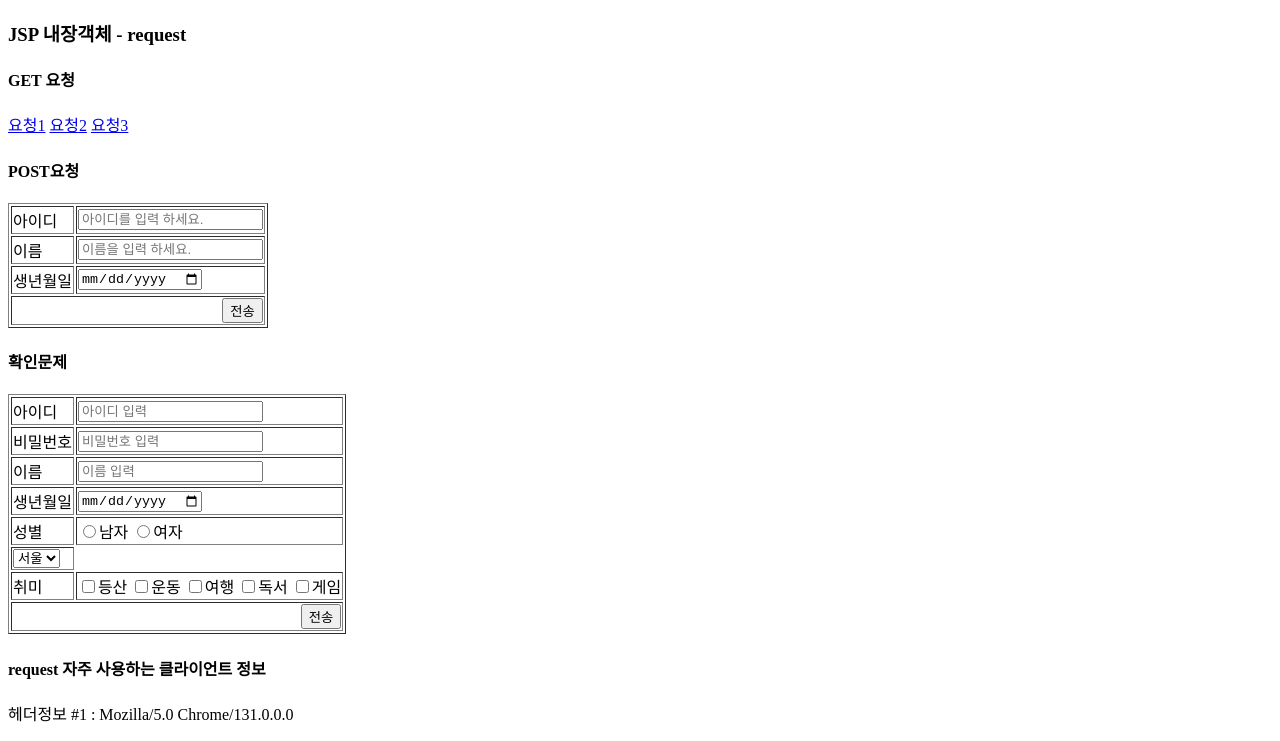
Repository: SangKyuuu/Jsp
Page: http://localhost/ch03/1_request.jsp
The author's editor kept a copy of each file at every save. The page is drawn from the files as they stood at one save, then again after the next save.
The browser window is 1280 px wide. The pictures show the whole page.
The page is served by Tomcat 9.

Above is the page before, as saved 2025-07-28 05:36:52.

### ch03/src/main/webapp/1_request.jsp
<%@ page contentType="text/html; charset=UTF-8" pageEncoding="UTF-8"%>
<!DOCTYPE html>
<html>
	<head>
		<meta charset="UTF-8">
		<title>JSP 내장객체 - request</title>
		<!--
			25/07/28
			최상규
			JSP 내장객체 request 실습하기

			Request 내장객체
			- 클라이언트의 요청 정보를 갖는 JSP 내장객체
			- 클라이언트의 전송 데이터를 수신처리하는 기능 제공

			GET요청
			- 기본 데이터 요청 방식, 전송데이터를 쿼리스트링으로 전송(URL주소에 붙여 전송 ?key = value& )
			- 보안에 취약하지만 POST전송 대비 빠른 전송

			POST요청
			- 전송 데이터를 요청객체의 body에 저장해서 전송되는 방식
			- 보안에 유리하고 대량의 데이터 전송에 적합
		 -->
	</head>
	<body>
		<h3>JSP 내장객체 - request</h3>

		<h4>GET 요청</h4>
		<a href="./proc/result1.jsp?uid=a101">요청1</a>
		<a href="./proc/result1.jsp?uid=a102&name=홍길동">요청2</a>
		<a href="./proc/result1.jsp?uid=a103&name=김유신&age=23">요청3</a>

		<h4>POST요청</h4>
		<form action="./proc/result2.jsp" method="post">
			<table border="1">
				<tr>
					<td>아이디</td>
					<td><input type="text" name="uid" placeholder = "아이디를 입력 하세요." /></td>
				</tr>
				<tr>
					<td>이름</td>
					<td><input type="text" name="name" placeholder = "이름을 입력 하세요." /></td>
				</tr>
				<tr>
					<td>생년월일</td>
					<td><input type="date" name="birth" /></td>
				</tr>
				<tr>
					<td colspan="2" align = "right">
						<input type="submit" value = "전송" />
					</td>
				</tr>
			</table>
		</form>

		<h4>확인문제</h4>
		<form action="./proc/result3.jsp" method="post">
			<table border="1">
				<tr>
					<td>아이디</td>
					<td><input type="text" name="id" placeholder="아이디 입력"/></td>
				</tr>
				<tr>
					<td>비밀번호</td>
					<td><input type="password" name="pw" placeholder="비밀번호 입력"/></td>
				</tr>
				<tr>
					<td>이름</td>
					<td><input type="text" name="name" placeholder="이름 입력"/></td>
				</tr>
				<tr>
					<td>생년월일</td>
					<td><input type="date" name="birth" /></td>
				</tr>
				<tr>
					<td>성별</td>
					<td>
						<label><input type="radio" name="gender" value="남자"/>남자</label>
						<label><input type="radio" name="gender" value="여자"/>여자</label>
					</td>
				</tr>
				<tr>
					<td>
						<select name = "address">
							<option>서울</option>
							<option>대전</option>
							<option>대구</option>
							<option>부산</option>
							<option>광주</option>
						</select>
					</td>
				</tr>
				<tr>
					<td>취미</td>
					<td>
						<label><input type="checkbox" name="hobby" value="등산"/>등산</label>
						<label><input type="checkbox" name="hobby" value="운동"/>운동</label>
						<label><input type="checkbox" name="hobby" value="여행"/>여행</label>
						<label><input type="checkbox" name="hobby" value="독서"/>독서</label>
						<label><input type="checkbox" name="hobby" value="게임"/>게임</label>
					</td>
				</tr>
				<tr>
					<td colspan="2" align = "right">
						<input type="submit" value = "전송" />
					</td>
				</tr>
			</table>
		</form>

		<h4>request 자주 사용하는 클라이언트 정보</h4>
		<p>
			헤더정보 #1 : <%=request.getHeader("User-Agent") %><br/>
		</p>

	</body>
</html>

After the next save:
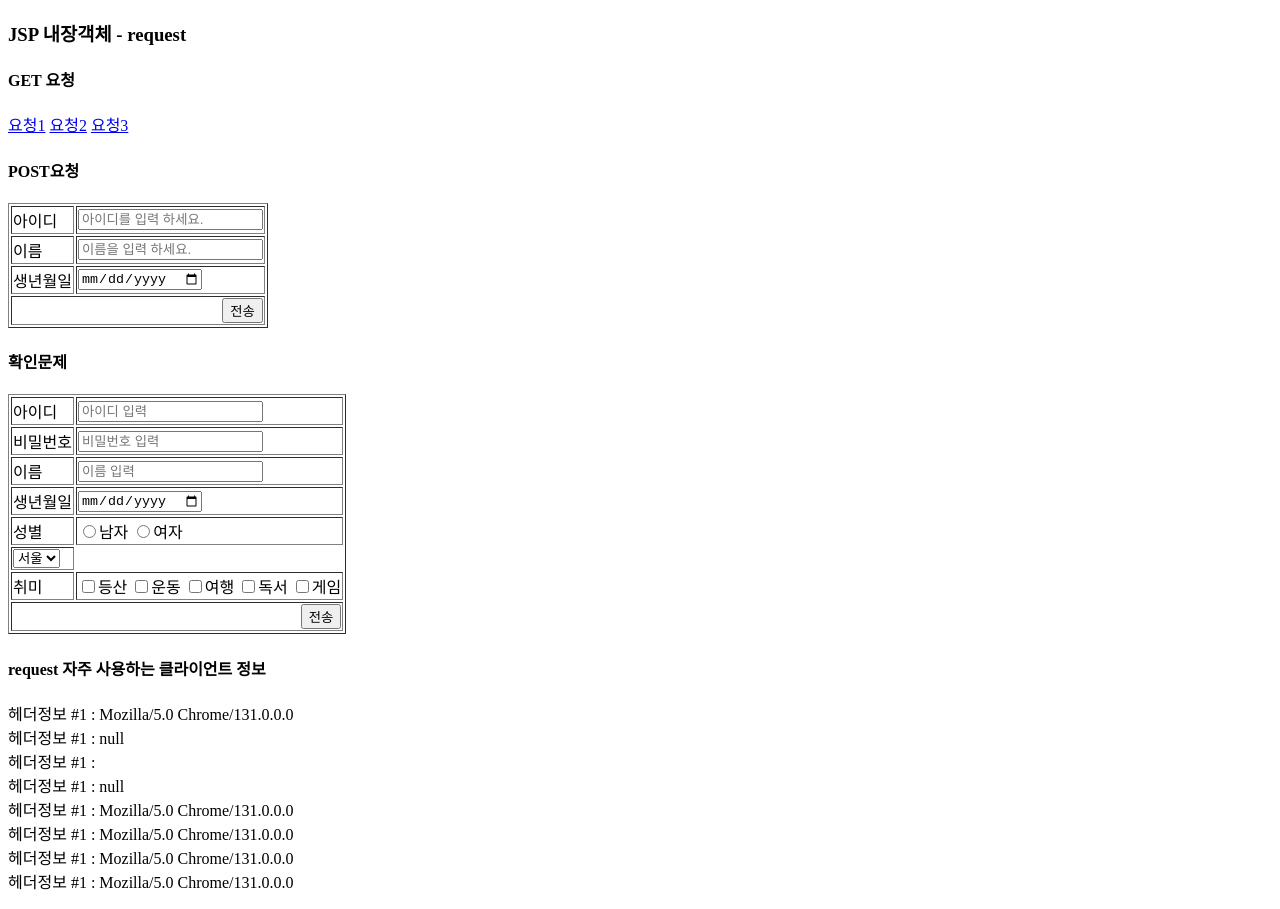
Saved 33 s later.
--- a/ch03/src/main/webapp/1_request.jsp
+++ b/ch03/src/main/webapp/1_request.jsp
@@ -111,6 +111,13 @@
 		<h4>request 자주 사용하는 클라이언트 정보</h4>
 		<p>
 			헤더정보 #1 : <%=request.getHeader("User-Agent") %><br/>
+			헤더정보 #1 : <%=request.getHeader("referer") %><br/>
+			헤더정보 #1 : <%=request.getHeader("cookie") %><br/>
+			헤더정보 #1 : <%=request.getHeader("protocol") %><br/>
+			헤더정보 #1 : <%=request.getHeader("User-Agent") %><br/>
+			헤더정보 #1 : <%=request.getHeader("User-Agent") %><br/>
+			헤더정보 #1 : <%=request.getHeader("User-Agent") %><br/>
+			헤더정보 #1 : <%=request.getHeader("User-Agent") %><br/>
 		</p>
 
 	</body>
